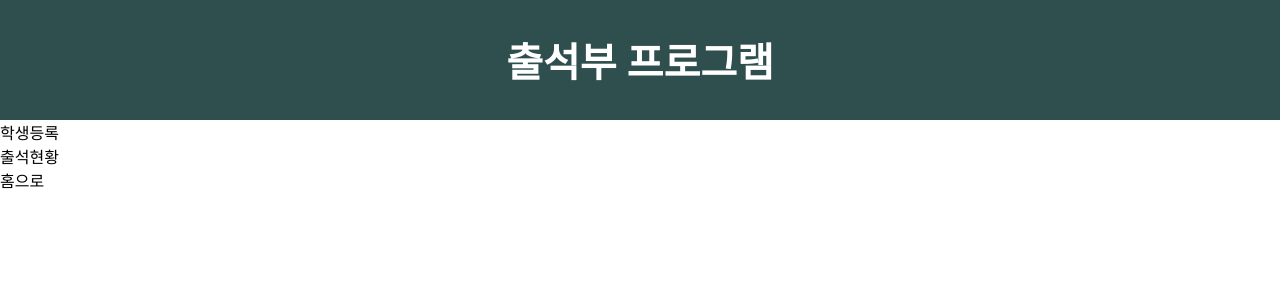
Repository: balhyo-younjisang/DigitechJSP
Page: http://localhost/rollbook/
The author's editor kept a copy of each file at every save. The page is drawn from the files as they stood at one save, then again after a run of saves.
The browser window is 1280 px wide. The pictures show the whole page.
The page is served by Tomcat 9.

Above is the page before, as saved 2025-03-31 03:46:52.

After the next 3 saves:
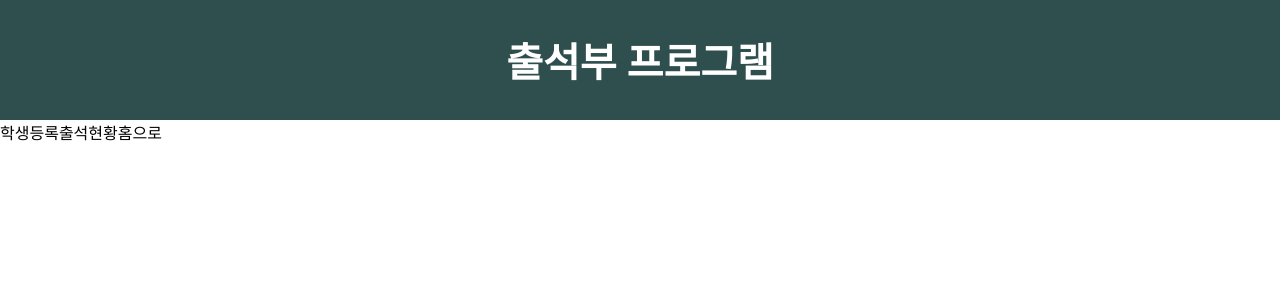
The 3 saves are shown as one change because they came seconds apart.
The last was saved 21 s later.
--- a/rollbook/src/main/webapp/css/style.css
+++ b/rollbook/src/main/webapp/css/style.css
@@ -37,5 +37,10 @@ header .header h1 {
 header nav {
 	height: 60px;
 	width: 100%;
+}
 
+header nav .gnb {
+	display: flex;
+	width: 300px;
+	height: 100%;
 }
